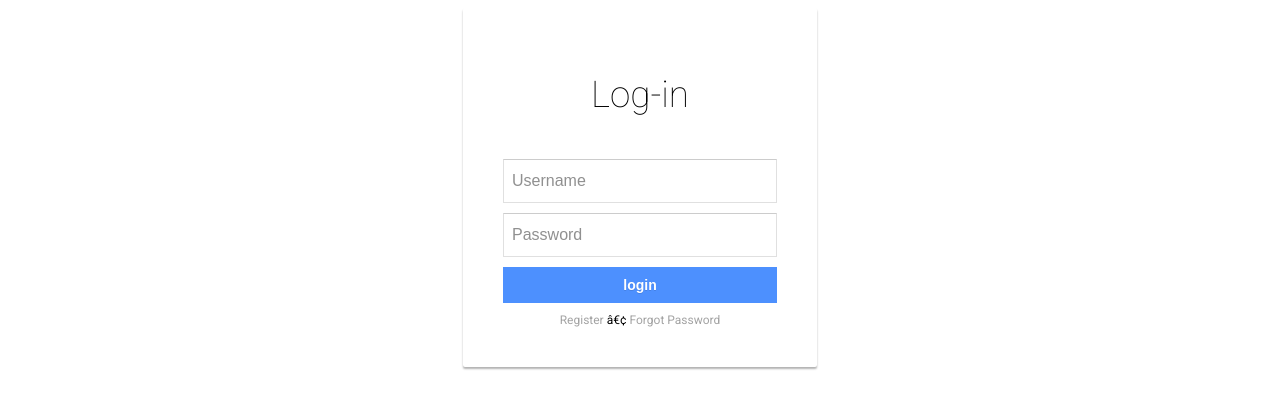
Repository: prm2711/javaapps
Page: http://localhost/Tournament/login.jsp
An editor plug-in stored every save of this project. The page is shown before and after the next save, followed by the edit.
The browser window is 1280 px wide. The pictures show the whole page.
The page is served by Tomcat 9.

Above is the page before, as saved 2018-01-29 08:42:52.

After the next save:
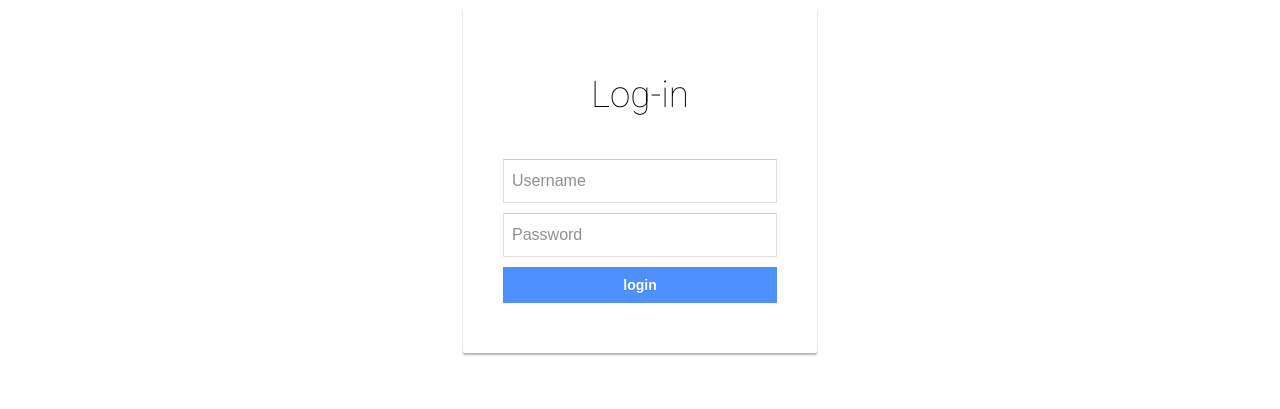
Saved 43 s later.
--- a/eclipse-workspace/Tournament/WebContent/login.jsp
+++ b/eclipse-workspace/Tournament/WebContent/login.jsp
@@ -16,10 +16,6 @@
     <input type="password" name="pass" placeholder="Password">
     <input type="submit" name="login" class="login login-submit" value="login">
   </form>
-
-  <div class="login-help">
-    <a href="#">Register</a> • <a href="#">Forgot Password</a>
-  </div>
 </div>
 
 <!-- <div id="error"><img src="https://dl.dropboxusercontent.com/u/23299152/Delete-icon.png" /> Your caps-lock is on.</div> -->
